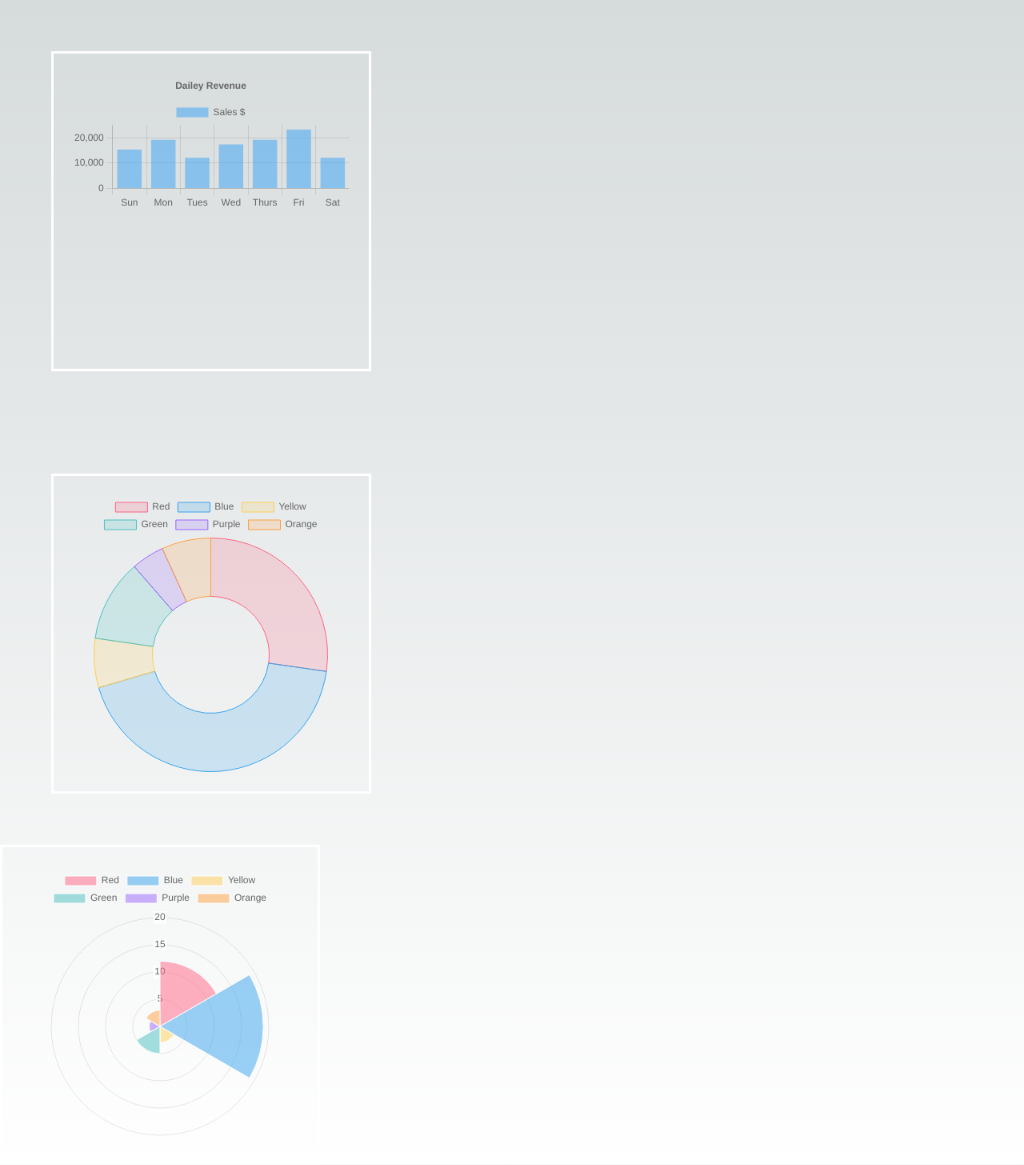
Repository: sierralaurent/MDIA2109-Class12
Page: /
An editor plug-in stored every save of this project. The page is shown before and after the next save, followed by the edit.
The browser window is 1280 px wide. The pictures show the whole page, at 80% of full size.
The project was rebuilt for these pictures with package versions that can differ from the ones it lists, and the page was loaded fresh each time. The framework's server and built-in components were replaced by stand-ins that run in the browser. Also part of the build but not shown: next.config.js.

Above is the page before, as saved 2023-03-24 13:52:50.

After the next save:
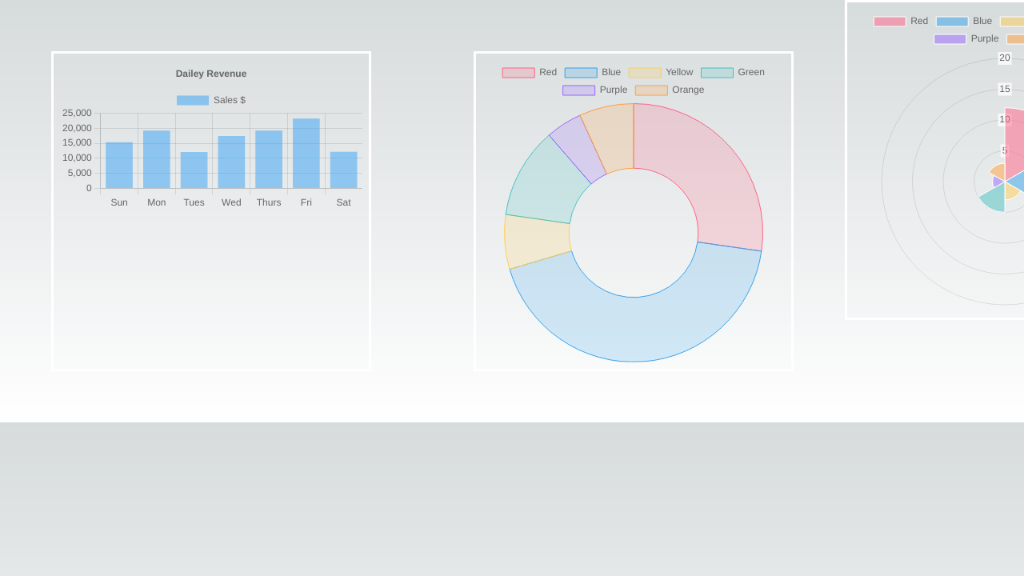
Saved 48 s later.
--- a/styles/Home.module.css
+++ b/styles/Home.module.css
@@ -9,3 +9,12 @@
   align-items: center;
   padding: 5%;
 }
+
+.area {
+  display: flex;
+}
+
+.main {
+  display: flex;
+  flex-direction: row;
+}
